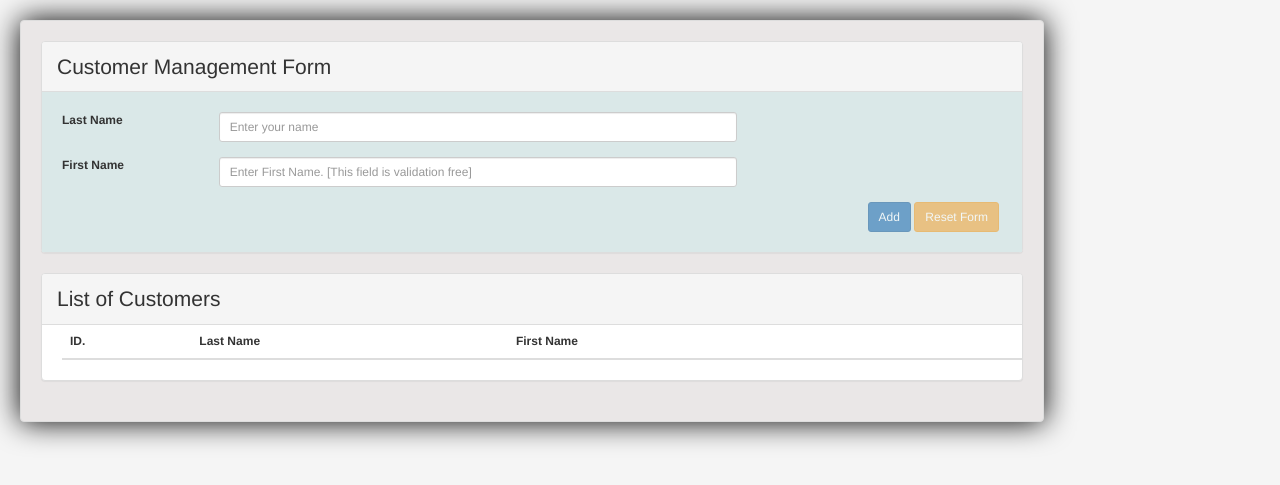
Repository: VigneshPrakash/PRAKASH_Vignesh_MANIVANNAN_ShivaramPrasad_CHELLA_SampathKumar_CHEN_Zirui_ReactFinal
Page: sakila-business-webapi/src/main/resources/static/CustomerManagement.html
The author's editor kept a copy of each file at every save. The page is drawn from the files as they stood at one save, then again after the next save.
The browser window is 1280 px wide. The pictures show the whole page.
The page's requests for data from a server got no answer. Some web libraries are served in a nearby version.

Above is the page before, as saved 2017-12-09 17:08:44.

### sakila-business-webapi/src/main/resources/static/CustomerManagement.html
<!DOCTYPE html>
<html>
<head>
<meta charset="ISO-8859-1">
    <title>Customer Management</title>
    <style>
      .username.ng-valid {
          background-color: lightgreen;
      }
      .username.ng-dirty.ng-invalid-required {
          background-color: red;
      }
      .username.ng-dirty.ng-invalid-minlength {
          background-color: yellow;
      }

      .email.ng-valid {
          background-color: lightgreen;
      }
      .email.ng-dirty.ng-invalid-required {
          background-color: red;
      }
      .email.ng-dirty.ng-invalid-email {
          background-color: yellow;
      }

    </style>
    <link rel="stylesheet" href="https://maxcdn.bootstrapcdn.com/bootstrap/3.3.5/css/bootstrap.min.css">
    <link href="css/app.css" rel="stylesheet"></link>
  </head>
  <body ng-app="myApp" class="ng-cloak">
      <div class="generic-container" ng-controller="CustomerController as ctrl">
          <div class="panel panel-default">
              <div class="panel-heading"><span class="lead">Customer Management Form </span></div>
              <div class="formcontainer">
                  <form ng-submit="ctrl.submit()" name="myForm" class="form-horizontal">
                      <input type="hidden" ng-model="ctrl.customer.customerId" />
                      <div class="row">
                          <div class="form-group col-md-12">
                              <label class="col-md-2 control-lable" for="file">Last Name</label>
                              <div class="col-md-7">
                                  <input type="text" ng-model="ctrl.customer.lastName" name="lastName" class="form-control input-sm" placeholder="Enter your name" required ng-minlength="3"/>
                                  <div class="has-error" ng-show="myForm.$dirty">
                                      <span ng-show="myForm.lastName.$error.required">This is a required field</span>
                                      <span ng-show="myForm.lastName.$error.minlength">Minimum length required is 3</span>
                                      <span ng-show="myForm.lastName.$invalid">This field is invalid </span>
                                  </div>
                              </div>
                          </div>
                      </div>


                      <div class="row">
                          <div class="form-group col-md-12">
                              <label class="col-md-2 control-lable" for="file">First Name</label>
                              <div class="col-md-7">
                                  <input type="text" ng-model="ctrl.customer.firstName" name="firstName"  class="form-control input-sm" placeholder="Enter First Name. [This field is validation free]"/>
                                  <div class="has-error" ng-show="myForm.$dirty">
										<span ng-show="myForm.firstName.$error.required">This is a required field</span>
										<span ng-show="myForm.lastName.$error.minlength">Minimum length required is 3</span>
                                        <span ng-show="myForm.lastName.$invalid">This field is invalid </span>
                                  </div>
                              </div>
                          </div>
                      </div>

                      <div class="row">
                          <div class="form-actions floatRight">
                              <input type="submit"  value="{{!ctrl.customer.customerId ? 'Add' : 'Update'}}" class="btn btn-primary btn-sm" ng-disabled="myForm.$invalid">
                              <button type="button" ng-click="ctrl.reset()" class="btn btn-warning btn-sm" ng-disabled="myForm.$pristine">Reset Form</button>
                          </div>
                      </div>
                  </form>
              </div>
          </div>
          <div class="panel panel-default">
                <!-- Default panel contents -->
              <div class="panel-heading"><span class="lead">List of Customers</span></div>
              <div class="tablecontainer">
                  <table class="table table-hover">
                      <thead>
                          <tr>
                              <th>ID.</th>
                              <th>Last Name</th>
                              <th>First Name</th>
                              <th width="20%"></th>
                          </tr>
                      </thead>
                      <tbody>
                          <tr ng-repeat="u in ctrl.customers">
                              <td><span ng-bind="u.customerId"></span></td>
                              <td><span ng-bind="u.lastName"></span></td>
                              <td><span ng-bind="u.firstName"></span></td>
                              <td>
                              <button type="button" ng-click="ctrl.edit(u.customerId)" class="btn btn-success custom-width">Edit</button>  <button type="button" ng-click="ctrl.remove(u.customerId)" class="btn btn-danger custom-width">Remove</button>
                              </td>
                          </tr>
                      </tbody>
                  </table>
              </div>
          </div>
      </div>

      <script src="https://ajax.googleapis.com/ajax/libs/angularjs/1.4.4/angular.js"></script>
      <script src="js/app.js"></script>
      <script src="js/service/customer_service.js""></script>
      <script src="js/controller/customer_controller.js"></script>
  </body>
</html>

### sakila-business-webapi/src/main/resources/static/css/app.css
@CHARSET "ISO-8859-1";
body, #mainWrapper {
	height: 70%;
	background-color:rgb(245, 245, 245);
}

body, .form-control{
	font-size:12px!important;
}

.floatRight{
	float:right;
	margin-right: 18px;
}

.has-error{
	color:red;
}

.formcontainer{
	background-color: #DAE8E8;
	padding: 20px;
}

.tablecontainer{
	padding-left: 20px;
}

.generic-container {
  width:80%;
  margin-left: 20px;
  margin-top: 20px;
  margin-bottom: 20px;
  padding: 20px;
  background-color: #EAE7E7;
  border: 1px solid #ddd;
  border-radius: 4px;
  box-shadow: 0 0 30px black;
}

.custom-width {
    width: 80px !important;
}

### sakila-business-webapi/src/main/resources/static/js/app.js
/**
 *
 */
'use strict';

var App = angular.module('myApp',[]);

### sakila-business-webapi/src/main/resources/static/js/service/customer_service.js
/**
 *
 */
'use strict';

App.factory('CustomerService', ['$http', '$q', function($http, $q){

	return {

			fetchAllCustomers: function() {
					return $http.get('http://localhost:8080/customer/')
							.then(
									function(response){
										return response.data;
									},
									function(errResponse){
										console.error('Error while fetching customers');
										return $q.reject(errResponse);
									}
							);
			},

		    createCustomer: function(customer){
					return $http.post('http://localhost:8080/customer/', customer)
							.then(
									function(response){
										return response.data;
									},
									function(errResponse){
										console.error('Error while creating customer');
										return $q.reject(errResponse);
									}
							);
		    },

		    updateCustomer: function(customer, customerId){
     	    	    console.log("XXX", customer);
					return $http.post('http://localhost:8080/customerUpdate/', customer)
							.then(
									function(response){
										return response.data;
									},
									function(errResponse){
										console.error('Error while updating customer');
										return $q.reject(errResponse);
									}
							);
			},

			deleteCustomer: function(customerId){
					return $http.get('http://localhost:8080/customerDelete/'+customerId)
							.then(
									function(response){
										return response.data;
									},
									function(errResponse){
										console.error('Error while deleting customer');
										return $q.reject(errResponse);
									}
							);
			}

	};

}]);

### sakila-business-webapi/src/main/resources/static/js/controller/customer_controller.js
/**
 *
 */
'use strict';

App.controller('CustomerController', ['$scope', 'CustomerService', function($scope, CustomerService) {
          var self = this;
          self.customer={actorId:null,lastName:'',firstName:''};
          self.customers=[];

          self.fetchAllCustomers = function(){
              CustomerService.fetchAllCustomers()
                  .then(
      					       function(d) {
      						        self.customers = d;
      					       },
            					function(errResponse){
            						console.error('Error while fetching Currencies');
            					}
      			       );
          };

          self.createCustomer = function(customer){
              CustomerService.createCustomer(customer)
		              .then(
                      self.fetchAllCustomers,
				              function(errResponse){
					               console.error('Error while creating new customer.');
				              }
                  );
          };

         self.updateCustomer = function(customer){
              CustomerService.updateCustomer(customer)
              .then(
                      self.fetchAllCustomers,
				              function(errResponse){
					               console.error('Error while updating Customer.');
				              }
                  );
          };

         self.deleteCustomer = function(customerId){
              CustomerService.deleteCustomer(customerId)
		              .then(
				              self.fetchAllCustomers,
				              function(errResponse){
					               console.error('Error while deleting Customers.');
				              }
                  );
          };

          self.fetchAllCustomers();

          self.submit = function() {
              if(self.customer.customerId==null){
                  console.log('Saving New Customer', self.customer);
                  self.createCustomer(self.customer);
              }else{
                  console.log('Customer updating with id ', self.customer.customerId);
                  console.log('Customer: ', self.customer);
                  self.updateCustomer(self.customer);
              }
              self.reset();
          };

          self.edit = function(customerId){
              console.log('id to be edited', customerId);
              for(var i = 0; i < self.customers.length; i++){
                  if(self.customers[i].customerId == customerId) {
                     self.customer = angular.copy(self.customers[i]);
                     break;
                  }
              }
          };

          self.remove = function(customerId){
              console.log('id to be deleted', customerId);
              for(var i = 0; i < self.customers.length; i++){
                  if(self.customers[i].customerId == customerId) {
                     self.reset();
                     break;
                  }
              }
              self.deleteCustomer(customerId);
          };


          self.reset = function(){
              self.customer={customerId:null,lastName:'',firstName:''};
              $scope.myForm.$setPristine(); //reset Form
          };

      }]);

After the next save:
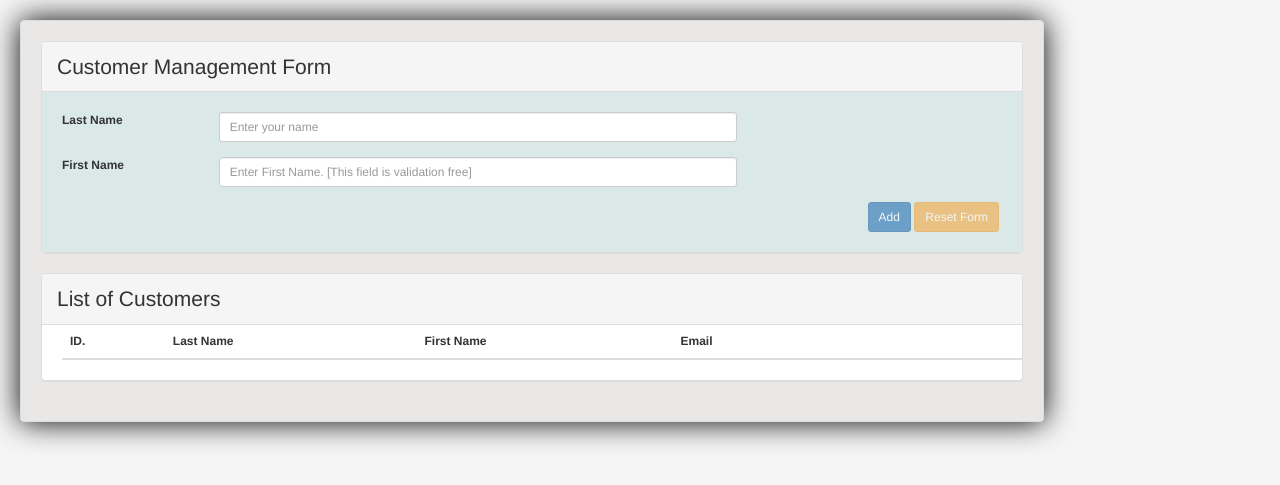
Saved 53 min 26 s later.
--- a/sakila-business-webapi/src/main/resources/static/CustomerManagement.html
+++ b/sakila-business-webapi/src/main/resources/static/CustomerManagement.html
@@ -83,6 +83,7 @@
                               <th>ID.</th>
                               <th>Last Name</th>
                               <th>First Name</th>
+                              <th>Email</th>
                               <th width="20%"></th>
                           </tr>
                       </thead>
@@ -91,6 +92,7 @@
                               <td><span ng-bind="u.customerId"></span></td>
                               <td><span ng-bind="u.lastName"></span></td>
                               <td><span ng-bind="u.firstName"></span></td>
+                              <td><span ng-bind="u.email"></span></td>
                               <td>
                               <button type="button" ng-click="ctrl.edit(u.customerId)" class="btn btn-success custom-width">Edit</button>  <button type="button" ng-click="ctrl.remove(u.customerId)" class="btn btn-danger custom-width">Remove</button>
                               </td>
